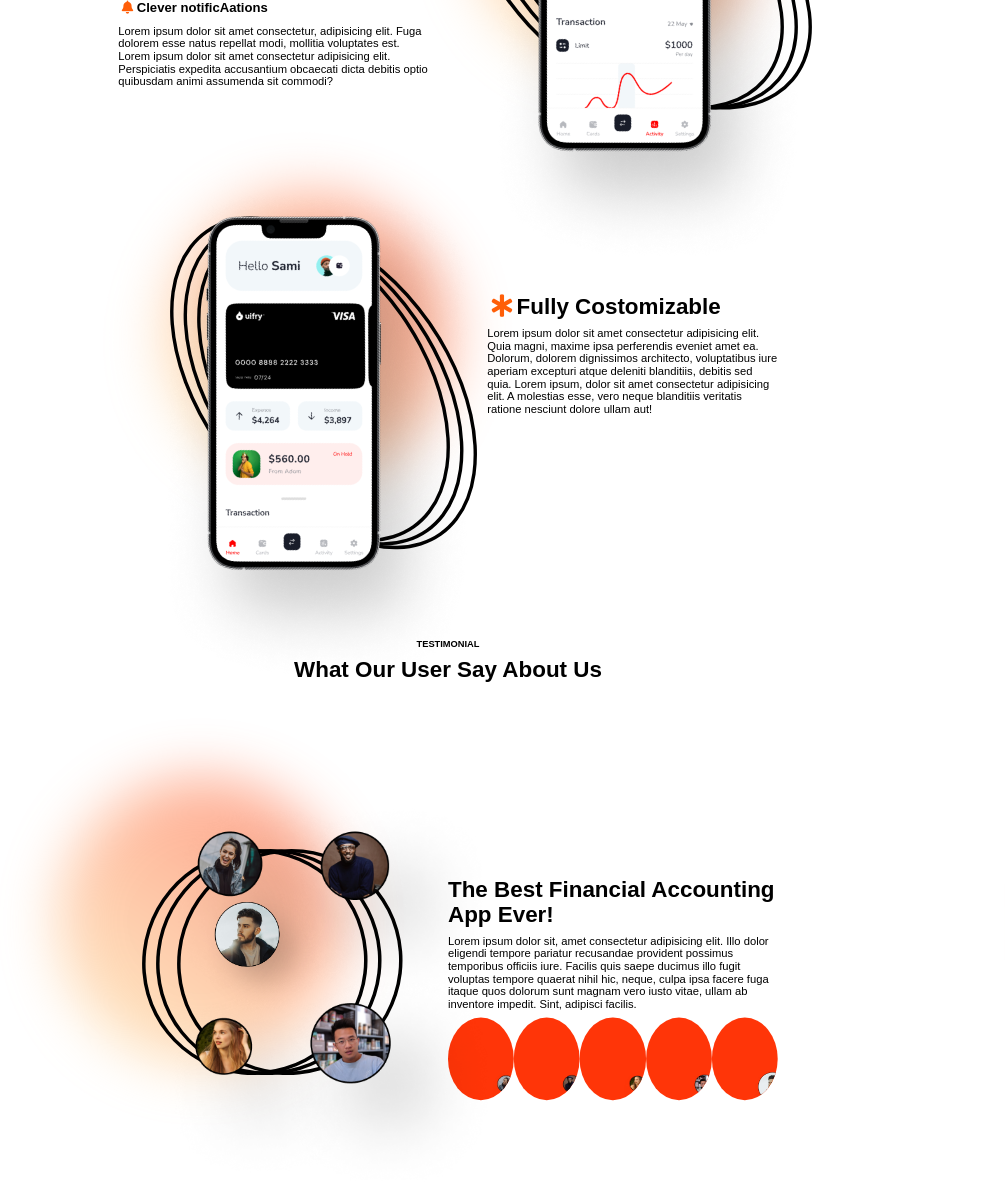
Repository: sakshambansal7/Uifry
Page: index.html
These files come from the project's save history. The page is drawn as it stood at one moment and after a run of saves; the edit follows.
The browser window is 1280 px wide. The page is 1435 px wide, so the pictures cover 1435 px, including what lies to the right of the window. The pictures show the part of the page from y = 1714 to 3434 px (the page is 3434 px tall), at 70% of full size.
Some web libraries are served in a nearby version.

Above is the page before, as saved 2024-06-12 22:36:27.

### index.html
<!DOCTYPE html>
<html lang="en">
  <head>
    <meta charset="UTF-8" />
    <meta name="viewport" content="width=device-width, initial-scale=1.0" />
    <title>uifry.com</title>
    <link rel="stylesheet" href="style.css" />
    <link rel="stylesheet" href="https://cdnjs.cloudflare.com/ajax/libs/font-awesome/6.1.1/css/all.min.css">

  </head>
  <body>
    <nav class="navbar">
      <div>
        <img class="logo" src="./images/logo.png" alt="img" />
      </div>
      <div class="nav">
        <div><a href="#" class="nav__link active">Home </a></div>
        <div><a href="#" class="nav__link">About Us</a></div>
        <div><a href="#" class="nav__link">Pricing</a></div>
        <div><a href="#" class="nav__link">features</a></div>
      </div>
      <div class="download">
        <button class="button">Download</button>
      </div>
    </nav>
    <div class="part1 ">
      <div class="left">
        <div class="bg-shape1"></div>
        <h1>Make The Best Financial Decisions</h1>
        <div class="bg-shape1 position-1"></div> <!-- Duplicate for top and bottom -->
        <p>Lorem ipsum dolor sit amet consectetur, adipisicing elit. Fuga dolorem esse natus repellat modi, mollitia voluptates est.</p>
        <div class="cta-buttons">
          <button class="get-started-btn">Get Started <i class="fa-solid fa-arrow-right"></i></button>
          <button class="watch-video-btn"> <i class="fa-solid fa-circle-play"></i>Watch Video</button>
        </div>
      </div>

      <div class="right">
        <div class="bg-shape2"></div>
        <div class="elipse-common elipse"></div>
        <div class="elipse-common elipse1"></div>
        <div class="elipse-common elipse2"></div>

        <img class="image1" src="./images/iphone.png" alt="Mobile App Mockup" />
        <img class="image2" src="./images/igraph.png" alt="Mobile App Mockup" />
        <img class="image3" src="./images/iphone.png" alt="Mobile App Mockup" />
      </div>

    </div>
    <div class="part2">
      <div class="left">
        <div class="bg-shape2"></div>
        <div class="elipse-common elipse3"></div>
        <div class="elipse-common elipse4"></div>
        <div class="elipse-common elipse5"></div>

        <img class="image1" src="./images/iphone.png" alt="Mobile App Mockup" />

      </div>
      <div class="right">
        <h4>FEATURES</h4>
        <H1>Uifry Premium</H1>
        <h3><i class="fa-regular fa-star custom-color"></i> Budgeting intervals</h3>
        <p>Lorem ipsum dolor sit amet consectetur, adipisicing elit. Fuga dolorem esse natus repellat modi, mollitia voluptates est.</p>
        <h3> <i class="fa-solid fa-gear custom-color"></i> Budgeting intervals</h3>
        <p>Lorem ipsum dolor sit amet consectetur, adipisicing elit. Fuga dolorem esse natus repellat modi, mollitia voluptates est.</p>
        <h3><i class="fa-solid fa-star-of-life custom-color"></i>Budgeting intervals</h3>
        <p>Lorem ipsum dolor sit amet consectetur, adipisicing elit. Fuga dolorem esse natus repellat modi, mollitia voluptates est.</p>

      </div>
    </div>
    <div class="part3">
      <div class="left">
        <h4>ADVANTAGES</h4>
        <H1> Why Choose Uifry ?</H1>
        <h3><i class="fa-solid fa-bell custom-color"></i>Clever notificAations</h3>
        <p>Lorem ipsum dolor sit amet consectetur, adipisicing elit. Fuga dolorem esse natus repellat modi, mollitia voluptates est. Lorem ipsum dolor sit amet consectetur adipisicing elit. Perspiciatis expedita accusantium obcaecati dicta debitis optio quibusdam animi assumenda sit commodi?</p>

      </div>
      <div class="right">
        <div class="bg-shape2"></div>
        <div class="elipse-common elipse3"></div>
        <div class="elipse-common elipse4"></div>
        <div class="elipse-common elipse5"></div>
        <img src="./images/igraph.png" alt="img">
      </div>
    </div>
    <div class="part4">
      <div class="left">
        <div class="bg-shape2"></div>
        <div class="elipse-common elipse3"></div>
        <div class="elipse-common elipse4"></div>
        <div class="elipse-common elipse5"></div>
        <img src="./images/iphone.png" alt="img">
      </div>
      <div class="right">
        <h1><i class="fa-solid fa-star-of-life custom-color "></i>Fully Costomizable</h1>
        <p>Lorem ipsum dolor sit amet consectetur adipisicing elit. Quia magni, maxime ipsa perferendis eveniet amet ea. Dolorum, dolorem dignissimos architecto, voluptatibus iure aperiam excepturi atque deleniti blanditiis, debitis sed quia. Lorem ipsum, dolor sit amet consectetur adipisicing elit. A molestias esse, vero neque blanditiis veritatis ratione nesciunt dolore ullam aut!</p>
      </div>
    </div>
    <div class="parent-container">
      <h5>TESTIMONIAL</h5>
      <h1>What Our User Say About Us</h1>
  </div>

    <div class="part5">
      <div class="left">
        <div class="bg-shape2"></div>
        <div class="elipse-common elipse6"></div>
        <div class="elipse-common elipse7"></div>
        <div class="elipse-common elipse8"></div>

        <div class="img1 "><img src="./images/1.png" alt="img"></div>
        <div class="img2 "><img src="./images/2.png" alt="img"></div>
        <div class="img3 "><img src="./images/3.png" alt="img"></div>
        <div class="img4 "><img src="./images/4.png" alt="img"></div>
        <div class="main "><img src="./images/main.png" alt="img"></div>

      </div>
      <div class="right">
        <h1>The Best Financial Accounting App Ever!</h1>
        <p>Lorem ipsum dolor sit, amet consectetur adipisicing elit. Illo dolor eligendi tempore pariatur recusandae provident possimus temporibus officiis iure. Facilis quis saepe ducimus illo fugit voluptas tempore quaerat nihil hic, neque, culpa ipsa facere fuga itaque quos dolorum sunt magnam vero iusto vitae, ullam ab inventore impedit. Sint, adipisci facilis.</p>

        <div class="images">
          <div class="img"><img src="./images/1.png" alt="img"></div>
          <div class="img"><img src="./images/2.png" alt="img"></div>
          <div class="img"><img src="./images/3.png" alt="img"></div>
          <div class="img"><img src="./images/4.png" alt="img"></div>
          <div class="img"><img src="./images/main.png" alt="img"></div>
        </div>
      </div>

    </div>
  </body>
  <script src="script.js"></script>
</html>

### style.css

*{
    margin: 0px;
    padding: 5px;

}
body {
  margin-left: 20vh;
  margin-right: 20vh;
  font-family: Arial, sans-serif;
  background: #fff;
  color: #000000;
  justify-content: center;
  box-sizing: border-box;
}

  /* navbar */
.logo {
  width: 120px;
}


.navbar{
  display: flex;
  justify-content: flex-start;

}
.nav{
  padding-top: 10px;
  display: flex;
  justify-content: center;

}
nav  {
  display: inline;
}

nav a {
  text-decoration: none;
  color: #333;
  font-weight: bold;
}


.button {
  width: 160px;
  height: 40px;
  border-radius: 3px;
  background-color: #000000;
  color: #fff;
  padding: 10px 20px;
  cursor: pointer;
  border: none;
  font-weight: bold;
  margin-left: 40vh;
}
.download{

  padding-top: 10px;
}


.nav__link {
    display: block;
    padding: .3125rem 1.5rem;
    text-transform: uppercase;
  }

  .nav__link.active  {

    color: #FF5E08;
  }

  /* part-1 */

  .part1 {
    height: 85vh;
    display: inline-flex;
        justify-content: space-between;
        top: 50px !important;
        inset: 0;


    padding: 60px 40px;
}

/* .absolute{
  position: absolute;
  inset: 0;
  justify-content: center;
  display: inline-flex;
  flex-direction: row;
} */
.left {
  max-width: 50%;
}

.part1 h1 {
  font-size: 3em;
  margin: 0 0 20px;
}

.part1 p {
  font-size: 1.2em;
  margin: 0 0 40px;
}

.cta-buttons {
  display: flex;
  gap: 20px;
}

.get-started-btn,
.watch-video-btn {
  background: #000;
  color: #fff;
  padding: 15px 30px;
  border: none;
  cursor: pointer;
  font-size: 1em;
  font-weight: bold;
}

.watch-video-btn {
  color: #000000;

  background: transparent;
}

.right {
  max-width: 50%;
  position: relative; /* Add position relative to use as a reference for absolute positioning */
}

.right .image1{

  position: absolute;
  z-index: 3;
  width: 100%;
  padding-left: 0px;



}
.right .image2 {
  position: absolute;
  padding-top: 50px;
  padding-left: 100px;


  z-index: 2;
  max-width: 100%;
}
.right .image3 {


  padding-top: 100px;
  padding-left: 200px;
  z-index: 1;
  max-width: 100%;
}
/* background-effect */


.justify-center{
  justify-content: center;
}

/* background-effect */
.left {
  max-width: 50%;
  position: relative; /* Add this line */
}

.bg-shape1 {
  width: 400px;
  height: 400px;
  border-radius: 9999px;
  position: absolute; /* Change to absolute for proper positioning */
  top: 0px; /* Positioning adjustments */
  left: 50%; /* Positioning adjustments */
  transform: translateX(-50%); /* Center the shape horizontally */
  z-index: -1; /* Ensure it's behind the text */
  background: linear-gradient(35deg,  #FDE598,#ff3508); /* Dual color gradient */
  opacity: 0.5; /* Adjust as necessary */
  filter: blur(40px);

}

.bg-shape2 {
  width: 400px;
  height: 400px;
  border-radius: 9999px;
  position: absolute; /* Change to absolute for proper positioning */
  top: 50px; /* Positioning adjustments */
  left: 50%; /* Positioning adjustments */
  transform: translateX(-50%); /* Center the shape horizontally */
  z-index: -1; /* Ensure it's behind the text */
  background: linear-gradient(35deg,  #FDE598,#ff3508); /* Dual color gradient */
  opacity: 0.5; /* Adjust as necessary */
  filter: blur(40px);

}

  /* circular shape */

  .elipse-common {

    background: none;
    border-radius: 50%;
    -ms-transform: rotate(40deg);  /* IE 9 */
    -webkit-transform: rotate(40deg);  /* Safari */
    transform: rotate(40deg);
    position: absolute;
    top: 150px;
    border: 5px solid black;
    z-index: -1; /* Ensure it's behind the text */
}

.elipse {
  width: 700px;
  height: 305px;
    left: 45px;

}

.elipse1 {
  width: 700px;
  height: 305px;
    left: 25px;
}

.elipse2 {
  width: 700px;
  height: 305px;
    left: 5px;
}
.elipse3 {
  width: 500px;
  height: 305px;
    left: 45px;

}

.elipse4 {
  width: 500px;
  height: 305px;
    left: 25px;
}

.elipse5 {
  width: 500px;
  height: 305px;
    left: 5px;
}


.part2{
  display: flex;
  height: 85vh;
}

  .part2 .left .image1{
    transform: rotate(15deg);
  }

  .part2 .right{
    margin-top: 20vh;

  }
  .part2 .right h3 h1{
    font-weight: 900; /* 400 is normal, 700 is bold */
  }
  .part2 .right h4{
    color: #FF5E08;
  }
  .custom-color {
    color: #FF5E08;
}

.part3{
  display: flex;
  align-items: center;
  justify-content: center;
  height: 80vh;



}
.part3 .left h4{
  color: #FF5E08;

}
.part3 .left p{
 font-weight: 100;

}
.part3 .right img{
  transform: rotate(15deg);

}


.part4{
  gap: 5vh;
  display: flex;
  align-items: center;
  justify-content: center;
  height: 80vh;

}


.part4  .left{
  transform: rotate(15deg);


}
.part4 .right{
  padding-bottom: 30vh;
}



.elipse6 {
  width: 300px;
  height: 305px;
    left: 65px;



}

.elipse7 {
  width: 300px;
  height: 305px;
    left: 45px;
}

.elipse8 {
  width: 300px;
  height: 305px;
    left: 95px;
}

.parent-container {
  text-align: center;
}

.part5{
  margin-top: 10vh;
  display: flex;
  gap: 30vh;
  position: relative;


}


.part5  img {
  position: relative;
  top: 50px;
  left: 50px;
}
.part5  .img1{
  position: absolute;
  top: 1vh;
  left: .1h;
  z-index: 4;



}
.part5  .img2{
  position: absolute;
  top: 1vh;
  left: 25vh;
  z-index: 5;

}
.part5  .img3{
  position: absolute;
  top: 38vh;
  left: .1vh;
  z-index: 3;


}
.part5  .img4{
  position: absolute;
  top: 35vh;
  left: 23vh;
  z-index: 2;


}
.part5 .main {
  position: relative;
  top: 19vh;
  left: 8vh;
  z-index: 1;

}

/* Adjust the size of the image within the .main div */
.part5 .main img {
  width: 80%; /* Decrease the width to 50% of its original size */
  height: auto; /* Maintain aspect ratio */
}


.part5 .right{
  margin-top:25vh ;
}
.images{
  display: flex;
  align-items: center;
  justify-content: center;
}

.images .img {
  background-color: #ff3508;
  display: flex;
  align-items: center;
  justify-content: center;
  width: 25vh;
  height: 15vh;
  border-radius: 50%;
  overflow: hidden; /* Ensure the images fit within the circular divs */

}

.images .img img {
  width: 100%;
  height: 100%;
  object-fit: contain;
}

### script.js
document.addEventListener('DOMContentLoaded', function() {
    const selector = '.nav__link';
    const elems = Array.from( document.querySelectorAll( selector ) );
    const navigation = document.querySelector( 'nav' );

    function makeActive( evt ) {
      const target = evt.target;

      if ( !target || !target.matches( selector ) ) {
        return;
      }

      elems.forEach( elem => elem.classList.remove( 'active' ) );

        evt.target.classList.add( 'active' );
    };

    navigation.addEventListener( 'mousedown', makeActive );

    } );

After the next 3 saves:
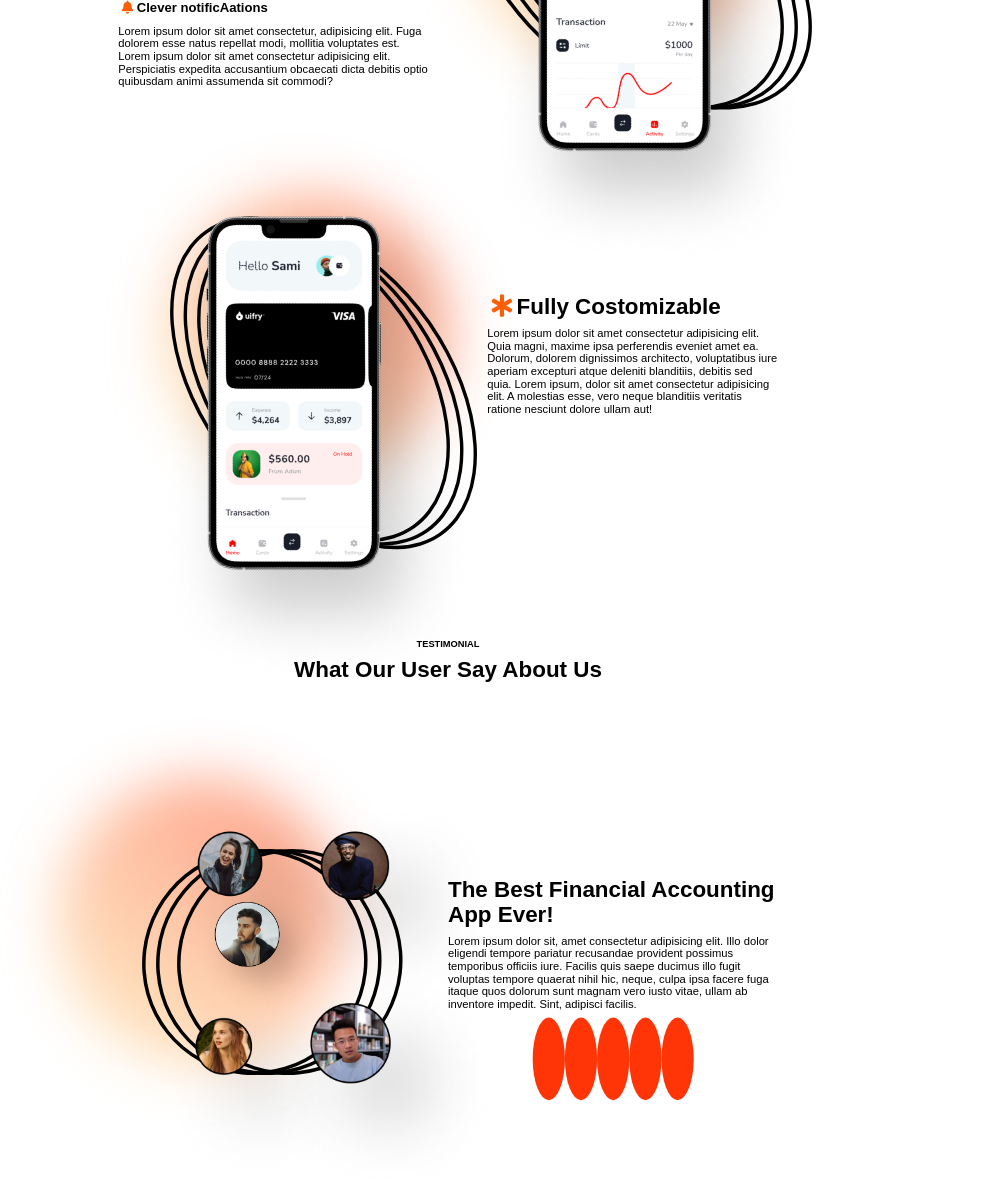
The 3 saves are shown as one change because they came seconds apart.
The last was saved 11 s later.
--- a/style.css
+++ b/style.css
@@ -423,7 +423,7 @@ nav a {
   display: flex;
   align-items: center;
   justify-content: center;
-  width: 25vh;
+  width: 5vh;
   height: 15vh;
   border-radius: 50%;
   overflow: hidden; /* Ensure the images fit within the circular divs */
